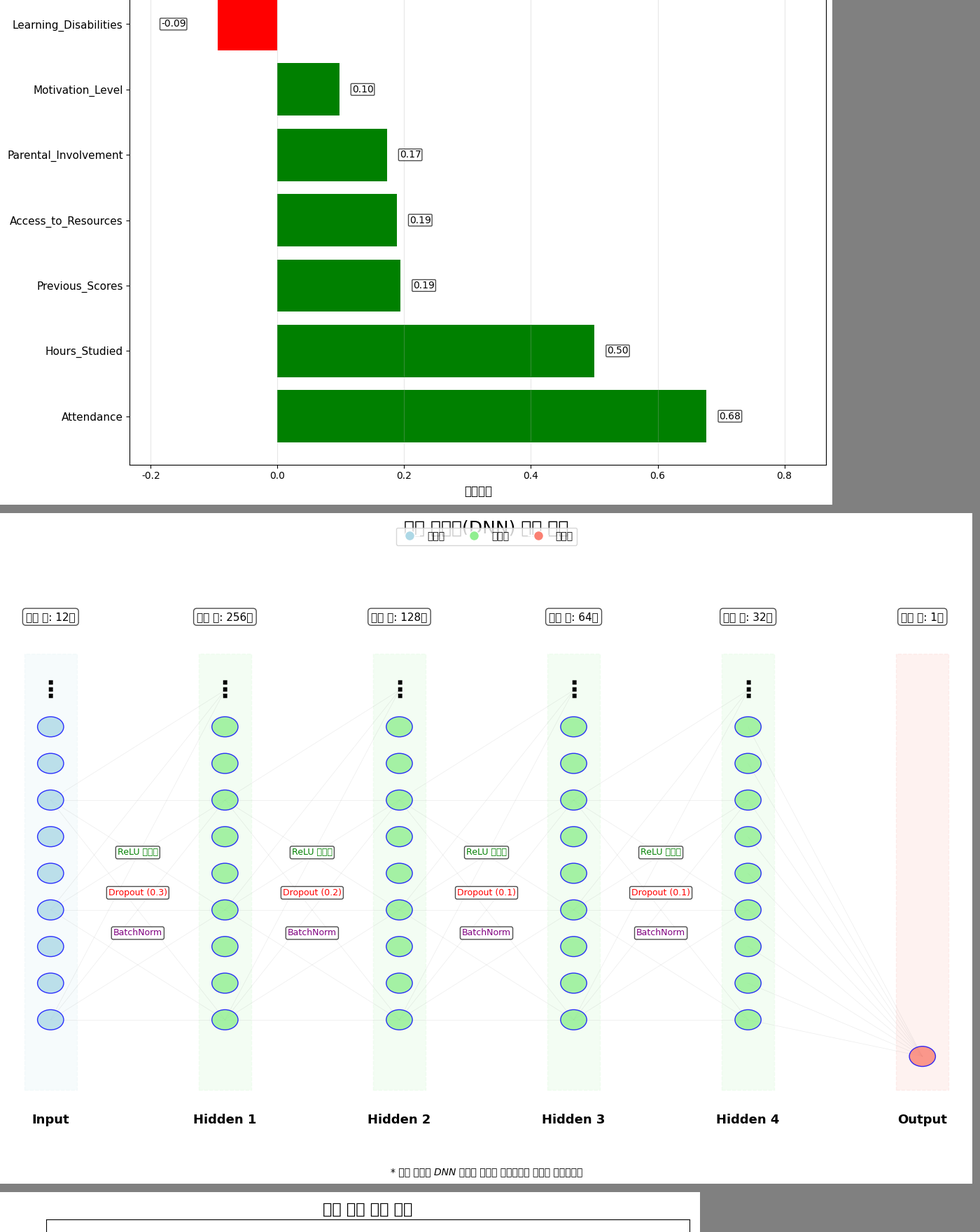
Repository: dldnwls07/BigDataStudy
Script's output: python src/visualization/create_presentation_visuals_fixed.py
An editor plug-in stored every save of this project. The script's output is shown before and after the next save, followed by the edit.
The pictures show rows 1654 to 3414 of an output 5371 px tall, at 70% of full size.
Each picture stacks the figures in order, with grey between them; figures that are only written to a file come last. Figures wider than 1,400 px are first shrunk to that width. Random numbers start from a fixed seed.

Above is the script's output before, as saved 2025-06-20 00:13:57.

### src/visualization/create_presentation_visuals_fixed.py
import pandas as pd
import matplotlib.pyplot as plt
import matplotlib.font_manager as fm
import seaborn as sns
import numpy as np
import os
import sys
import io

# 한글 출력을 위한 인코딩 설정
sys.stdout = io.TextIOWrapper(sys.stdout.buffer, encoding='utf-8')

# 한글 폰트 설정
# Windows 기본 폰트인 맑은 고딕 사용
plt.rcParams['font.family'] = 'Malgun Gothic'
plt.rcParams['axes.unicode_minus'] = False  # 마이너스 기호 깨짐 방지

# 출력 디렉토리 생성
output_dir = "output/picture/presentation"
os.makedirs(output_dir, exist_ok=True)

# 데이터 불러오기
try:
    train_data = pd.read_csv("data/processed_data/TrainFactors.csv")
    test_data = pd.read_csv("data/processed_data/TestFactors.csv")
    print("데이터 로드 완료")
except Exception as e:
    print(f"데이터 로드 중 오류 발생: {e}")

# 데이터셋 기본 통계량 시각화
def create_dataset_summary(data, output_path):
    try:
        # 수치형 변수만 선택
        numeric_data = data.select_dtypes(include=['number'])

        # 기본 통계량 계산 및 소수점 자리 제한
        stats = numeric_data.describe().T.round(3)  # 소수점 3자리로 제한
        stats['missing'] = numeric_data.isnull().sum()
        stats['dtype'] = numeric_data.dtypes

        # 컬럼 이름을 더 짧게 수정
        stats = stats.rename_axis("변수명")

        # 그림 크기 설정 (더 큰 크기로 조정)
        plt.figure(figsize=(18, 12))
        ax = plt.subplot(111)
        ax.axis('off')

        # 테이블 생성
        table_data = stats.reset_index()
        table_cols = ['변수명', 'count', 'mean', 'std', 'min', '25%', '50%', '75%', 'max', 'missing', 'dtype']

        # 테이블 텍스트 데이터 처리 (긴 문자열 줄임 처리)
        cell_text = []
        for row in table_data[table_cols].values:
            cell_text.append([str(x)[:10] if isinstance(x, str) and len(str(x)) > 10 else x for x in row])

        table = ax.table(cellText=cell_text,
                         colLabels=table_cols,
                         loc='center',
                         cellLoc='center')

        # 테이블 스타일 설정
        table.auto_set_font_size(False)
        table.set_fontsize(9)  # 글자 크기 증가
        table.scale(1.5, 2.5)  # 가로와 세로 비율 늘림

        # 컬럼 너비와 높이 조정
        cell_dict = table.get_celld()

        # 헤더 행 설정
        for i in range(len(table_cols)):
            header_cell = cell_dict[(0, i)]
            header_cell.set_height(0.15)
            header_cell.set_fontsize(10)
            header_cell.set_text_props(weight='bold')
            header_cell.set_facecolor('#CCCCFF')  # 헤더 배경색 설정

        # 모든 셀에 테두리 추가
        for key, cell in cell_dict.items():
            cell.set_edgecolor('gray')

            # 데이터 셀 처리
            if key[0] > 0:  # 헤더가 아닌 데이터 행
                cell.set_height(0.15)  # 셀 높이 증가

                # 짝수/홀수 행 구분을 위한 배경색 설정
                if key[0] % 2 == 1:
                    cell.set_facecolor('#F5F5F5')  # 연한 회색

                # 데이터 타입 컬럼에 특별 스타일 적용
                if key[1] == table_cols.index('dtype'):
                    cell.set_facecolor('#EAEAFF')  # 타입 컬럼 배경색

        # 데이터가 10개 이상이면 일부만 표시
        max_rows = 10
        if len(table_data) > max_rows:
            plt.figtext(0.5, 0.01, f"* 전체 {len(table_data)}개 변수 중 상위 {max_rows}개만 표시됨", ha='center', fontsize=10)

        plt.title('데이터셋 기본 통계량', fontsize=18, pad=20)
        plt.tight_layout(rect=[0, 0.03, 1, 0.97])  # 여백 조정
        plt.savefig(output_path, dpi=300, bbox_inches='tight')
        plt.close()
        print(f"1. 데이터셋 기본 통계량 시각화 완료: {output_path}")
    except Exception as e:
        print(f"데이터셋 기본 통계량 시각화 중 오류 발생: {e}")

# 데이터 분포 시각화
def create_distribution_plots(data, output_path):
    try:
        # 수치형 변수 선택
        numeric_cols = data.select_dtypes(include=['number']).columns

        # 변수 수에 따라 행과 열 계산 - 더 적은 컬럼으로 표시하여 그래프 사이즈 키우기
        n_cols = len(numeric_cols)
        cols_per_row = 2  # 한 행에 2개의 그래프만 표시
        n_rows = (n_cols // cols_per_row) + (1 if n_cols % cols_per_row > 0 else 0)

        # 그래프 생성 (행당 2개 컬럼, 각 그래프 크기 증가)
        fig, axes = plt.subplots(n_rows, cols_per_row, figsize=(15, n_rows * 5))

        # 단일 행 또는 열일 경우 axes를 2D 배열로 변환
        if n_rows == 1 and cols_per_row == 1:
            axes = np.array([[axes]])
        elif n_rows == 1 or cols_per_row == 1:
            axes = np.array([axes]).reshape(n_rows, cols_per_row)

        axes = axes.flatten()

        # 색상 순환 (시각적 구분을 위해)
        colors = ['#3498db', '#2ecc71', '#e74c3c', '#9b59b6', '#f1c40f', '#1abc9c', '#34495e', '#e67e22']

        for i, col in enumerate(numeric_cols):
            if i < len(axes):
                # 히스토그램 생성 (색상 순환 적용)
                color_idx = i % len(colors)
                sns.histplot(data[col], kde=True, ax=axes[i], color=colors[color_idx],
                            kde_kws={'color': 'black', 'linewidth': 2, 'alpha': 0.8})

                # 타이틀 및 라벨 설정 (글꼴 크기 증가)
                axes[i].set_title(f'{col} 분포', fontsize=14, pad=10)
                axes[i].set_xlabel(col, fontsize=12)
                axes[i].set_ylabel('빈도', fontsize=12)

                # 축 레이블과 눈금 폰트 크기 조정
                axes[i].tick_params(axis='both', labelsize=10)

                # 그리드 추가
                axes[i].grid(True, alpha=0.3)

                # 분포의 주요 통계량 텍스트로 표시
                mean_val = data[col].mean()
                median_val = data[col].median()
                std_val = data[col].std()

                # 통계값을 그래프 상단에 표시
                axes[i].text(0.95, 0.95, f'평균: {mean_val:.2f}\n중앙값: {median_val:.2f}\n표준편차: {std_val:.2f}',
                           transform=axes[i].transAxes, fontsize=10, ha='right', va='top',
                           bbox=dict(facecolor='white', alpha=0.8, boxstyle='round,pad=0.5'))

        # 남은 축 숨기기
        for i in range(len(numeric_cols), len(axes)):
            axes[i].axis('off')

        # 제목 추가
        fig.suptitle('주요 변수들의 분포', fontsize=18, y=1.02)

        # 그래프 간 간격 조정
        plt.tight_layout(pad=3.0)
        plt.subplots_adjust(top=0.95)  # 상단 여백 조정
        plt.savefig(output_path, dpi=300, bbox_inches='tight')
        plt.close()
        print(f"2. 데이터 분포 시각화 완료: {output_path}")
    except Exception as e:
        print(f"데이터 분포 시각화 중 오류 발생: {e}")

# 데이터 처리 과정 시각화
def create_data_pipeline_visualization(output_path):
    try:
        plt.figure(figsize=(12, 6))
        ax = plt.subplot(111)

        # 파이프라인 단계들
        steps = ['원본 데이터\nStudentPerformanceFactors.csv',
                 '중요 요인 추출\nImportantFactors.csv',
                 '이상치 제거\nImportantFactors_no_outliers.csv',
                 '데이터 분할\nTrainFactors.csv\nTestFactors.csv']

        # 박스 위치
        positions = np.arange(len(steps)) * 3

        # 박스 그리기
        for i, (pos, step) in enumerate(zip(positions, steps)):
            rect = plt.Rectangle((pos, 0.5), 2, 1, facecolor='skyblue', alpha=0.8)
            ax.add_patch(rect)
            ax.text(pos + 1, 1, step, ha='center', va='center', fontsize=10)

            # 화살표 그리기
            if i < len(steps) - 1:
                ax.arrow(pos + 2.1, 1, 0.8, 0, head_width=0.1, head_length=0.1,
                         fc='black', ec='black')

        ax.set_xlim(-0.5, max(positions) + 2.5)
        ax.set_ylim(0, 2)
        ax.set_aspect('equal')
        ax.axis('off')

        plt.title('데이터 처리 파이프라인', fontsize=16)
        plt.tight_layout()
        plt.savefig(output_path, dpi=300)
        plt.close()
        print(f"3. 데이터 처리 과정 시각화 완료: {output_path}")
    except Exception as e:
        print(f"데이터 처리 과정 시각화 중 오류 발생: {e}")

# 변수 중요도 시각화
def create_feature_importance_visualization(data, output_path):
    try:
        # 범주형 변수 처리 (범주형 변수가 있을 경우에만 실행)
        categorical_cols = data.select_dtypes(include=['object']).columns

        # 데이터 복사본 생성
        data_encoded = data.copy()

        # 범주형 변수 인코딩
        for col in categorical_cols:
            if col in data.columns:
                # 범주형 변수 처리
                if col == 'Learning_Disabilities':
                    data_encoded[col] = data_encoded[col].map({'Yes': 1, 'No': 0})
                elif col in ['Parental_Involvement', 'Motivation_Level', 'Access_to_Resources']:
                    data_encoded[col] = data_encoded[col].map({'High': 2, 'Medium': 1, 'Low': 0})

        # 결측값 처리
        data_encoded = data_encoded.select_dtypes(include=['number']).fillna(0)

        # 상관관계 계산
        target = 'Exam_Score'
        if target in data_encoded.columns:
            correlations = data_encoded.corr()[target].sort_values(ascending=False)
            correlations = correlations.drop(target)  # 타겟 변수 자신 제거

            # 상위 10개 변수 선택 (또는 전체 변수가 10개 미만이면 전체 사용)
            top_count = min(10, len(correlations))
            top_correlations = correlations.abs().nlargest(top_count)
            top_features = top_correlations.index

            # 그림 크기 증가 및 여백 확보
            plt.figure(figsize=(12, 8))

            # 바 차트 생성 (y축 글꼴 크기 조정)
            colors = ['green' if c > 0 else 'red' for c in correlations[top_features]]
            bars = plt.barh(top_features, correlations[top_features], color=colors)

            # y축 라벨 폰트 크기 및 색상 조정
            plt.yticks(fontsize=11)

            # 바 위에 값 표시 (위치 및 여백 조정)
            for bar in bars:
                width = bar.get_width()
                if width > 0:
                    # 양수 값은 바 오른쪽에 표시
                    label_x_pos = width + 0.02  # 바 끝에서 약간 떨어진 위치
                    plt.text(label_x_pos, bar.get_y() + bar.get_height()/2, f'{width:.2f}',
                            va='center', ha='left', color='black', fontsize=10,
                            bbox=dict(facecolor='white', alpha=0.7, pad=0.1, boxstyle='round'))
                else:
                    # 음수 값은 바 왼쪽에 표시
                    label_x_pos = width - 0.05  # 바 끝에서 약간 떨어진 위치
                    plt.text(label_x_pos, bar.get_y() + bar.get_height()/2, f'{width:.2f}',
                            va='center', ha='right', color='black', fontsize=10,
                            bbox=dict(facecolor='white', alpha=0.7, pad=0.1, boxstyle='round'))

            # 제목 및 라벨 설정
            plt.title('시험 점수와 주요 변수들의 상관관계', fontsize=16)
            plt.xlabel('상관계수', fontsize=12)

            # x축 범위 조정 (여백 추가)
            x_min, x_max = plt.xlim()
            plt.xlim(x_min - 0.1, x_max + 0.15)  # 오른쪽에 더 많은 여백 추가

            # 그리드 추가하여 가독성 향상
            plt.grid(axis='x', alpha=0.3)

            plt.tight_layout()
            plt.savefig(output_path, dpi=300, bbox_inches='tight')
            plt.close()
            print(f"4. 변수 중요도 시각화 완료: {output_path}")
        else:
            print(f"타겟 변수 '{target}'가 데이터에 없습니다")
    except Exception as e:
        print(f"변수 중요도 시각화 중 오류 발생: {e}")

# 신경망 모델 구조 시각화
def create_neural_network_architecture(output_path):
    try:
        # 한글 폰트 명시적으로 다시 설정
        plt.rcParams['font.family'] = 'Malgun Gothic'
        plt.rcParams['axes.unicode_minus'] = False

        plt.figure(figsize=(14, 10))  # 더 큰 그림 크기
        ax = plt.subplot(111)

        # 레이어와 노드 수 정의
        layers = [
            {'name': 'Input', 'nodes': 12, 'color': 'lightblue', 'kr_name': '입력층'},  # 입력 변수 수는 데이터에 맞게 조정
            {'name': 'Hidden 1', 'nodes': 256, 'color': 'lightgreen', 'kr_name': '은닉층 1'},
            {'name': 'Hidden 2', 'nodes': 128, 'color': 'lightgreen', 'kr_name': '은닉층 2'},
            {'name': 'Hidden 3', 'nodes': 64, 'color': 'lightgreen', 'kr_name': '은닉층 3'},
            {'name': 'Hidden 4', 'nodes': 32, 'color': 'lightgreen', 'kr_name': '은닉층 4'},
            {'name': 'Output', 'nodes': 1, 'color': 'salmon', 'kr_name': '출력층'}
        ]

        # 각 레이어 위치 계산 (수평 간격 확대)
        layer_width = 2.0  # 레이어 간 간격 증가
        x_positions = [i * layer_width * 2 for i in range(len(layers))]

        # 노드 표시를 위한 높이 계산
        max_visible_nodes = 10  # 실제로 그릴 최대 노드 수

        # 일관된 간격을 위해 고정된 높이 사용
        display_height = 12  # 고정된 표시 높이
        node_radius = 0.3    # 노드 크기 증가

        # 레이어별 박스 그리기
        for i, (x, layer) in enumerate(zip(x_positions, layers)):
            # 레이어 이름 (아래에 배치)
            ax.text(x, -2.0, layer['name'], ha='center', fontsize=13, weight='bold')

            # 레이어 배경박스 그리기 (옵션)
            box_width = 1.2
            box_height = display_height + 1
            rect = plt.Rectangle((x-box_width/2, -1), box_width, box_height,
                                fill=True, alpha=0.1, color=layer['color'],
                                edgecolor='gray', linestyle='--')
            ax.add_patch(rect)

            # 노드 수 텍스트 표시
            ax.text(x, display_height + 1, f'노드 수: {layer["nodes"]}개',
                    ha='center', fontsize=11, bbox=dict(facecolor='white', alpha=0.7, boxstyle='round,pad=0.3'))

            # 노드 그리기 (일부 노드만 그리고 나머지는 생략 표시)
            nodes_to_draw = min(layer['nodes'], max_visible_nodes)

            # 노드 간 간격 계산 (더 넓게)
            if nodes_to_draw <= 1:
                spacing = 0
            else:
                spacing = display_height / (nodes_to_draw + 1)

            for j in range(nodes_to_draw):
                # 노드 위치 계산 (균등 간격)
                y = spacing * (j + 1)

                if nodes_to_draw < layer['nodes'] and j == nodes_to_draw - 1:
                    # 생략 표시
                    ax.text(x, y, '⋮', ha='center', va='center', fontsize=24, weight='bold')
                else:
                    # 노드 그리기 (크기 증가)
                    circle = plt.Circle((x, y), node_radius, facecolor=layer['color'],
                                      edgecolor='blue', alpha=0.8, zorder=10)
                    ax.add_patch(circle)

                # 이전 레이어와 연결선 그리기 (첫 번째 레이어 제외)
                if i > 0:
                    prev_layer = layers[i-1]
                    prev_x = x_positions[i-1]
                    prev_nodes_to_draw = min(prev_layer['nodes'], max_visible_nodes)

                    # 이전 레이어 노드 간격 계산
                    if prev_nodes_to_draw <= 1:
                        prev_spacing = 0
                    else:
                        prev_spacing = display_height / (prev_nodes_to_draw + 1)

                    for k in range(prev_nodes_to_draw):
                        prev_y = prev_spacing * (k + 1)

                        if prev_nodes_to_draw < prev_layer['nodes'] and k == prev_nodes_to_draw - 1:
                            continue  # 생략된 노드는 연결선 그리지 않음

                        # 모든 연결을 그리면 복잡해지므로 일부만 그림
                        if (j % 3 == 0 and k % 3 == 0) or (i == len(layers) - 1) or (nodes_to_draw <= 3):
                            ax.plot([prev_x, x], [prev_y, y], 'gray', alpha=0.15, linewidth=0.5, zorder=1)

            # 활성화 함수와 Dropout 표시 (별도의 텍스트 박스로)
            if 0 < i < len(layers) - 1:
                params = [
                    {'text': 'ReLU 활성화', 'color': 'green', 'y_offset': 0},
                    {'text': f'Dropout ({0.3 if i==1 else 0.2 if i==2 else 0.1})', 'color': 'red', 'y_offset': -1.2},
                    {'text': 'BatchNorm', 'color': 'purple', 'y_offset': -2.4}
                ]

                for param in params:
                    # 레이어 사이에 텍스트 배치
                    mid_x = (x_positions[i-1] + x) / 2
                    ax.text(mid_x, display_height/2 + param['y_offset'], param['text'],
                            ha='center', color=param['color'], fontsize=9,
                            bbox=dict(facecolor='white', alpha=0.7, boxstyle='round,pad=0.2'),
                            rotation=0, zorder=20)

        ax.set_xlim(-1.0, max(x_positions) + 1.0)
        ax.set_ylim(-3.0, display_height + 3)
        ax.axis('off')

        # 범례 추가
        legend_elements = [
            plt.Line2D([0], [0], marker='o', color='w', markerfacecolor='lightblue', markersize=10, label='입력층'),
            plt.Line2D([0], [0], marker='o', color='w', markerfacecolor='lightgreen', markersize=10, label='은닉층'),
            plt.Line2D([0], [0], marker='o', color='w', markerfacecolor='salmon', markersize=10, label='출력층')
        ]
        ax.legend(handles=legend_elements, loc='upper center', ncol=3, frameon=True, bbox_to_anchor=(0.5, 1.05))

        # 추가 설명
        plt.figtext(0.5, 0.02, '* 실제 구현된 DNN 모델의 구조를 간략화하여 표현한 다이어그램',
                  ha='center', fontsize=10, style='italic')

        plt.title('심층 신경망(DNN) 모델 구조', fontsize=18, pad=20)
        plt.tight_layout(rect=[0, 0.03, 1, 0.97])  # 여백 조정
        plt.savefig(output_path, dpi=300, bbox_inches='tight')
        plt.close()
        print(f"5. 신경망 모델 구조 시각화 완료: {output_path}")
    except Exception as e:
        print(f"신경망 모델 구조 시각화 중 오류 발생: {e}")

# 모델 성능 평가 지표 시각화
def create_model_performance_visualization(output_path):
    try:
        # 성능 지표 (실제 값으로 대체)
        metrics = {
            'R² Score': 0.7803,
            'MSE': 2.2863,
            'MAE': 1.2064,
            'MAPE (%)': 1.80
        }

        plt.figure(figsize=(10, 6))

        # 바 차트 생성
        bars = plt.bar(metrics.keys(), metrics.values(), color=['green', 'red', 'orange', 'purple'])

        # 바 위에 값 표시
        for bar in bars:
            height = bar.get_height()
            plt.text(bar.get_x() + bar.get_width()/2., height + 0.05,
                    f'{height:.4f}', ha='center', va='bottom')

        plt.title('모델 성능 평가 지표', fontsize=16)
        plt.ylabel('값')
        plt.ylim(0, max(metrics.values()) * 1.2)  # 여유 공간 확보

        # 각 지표에 대한 설명 추가
        descriptions = {
            'R² Score': '설명된 분산 비율\n(높을수록 좋음)',
            'MSE': '평균 제곱 오차\n(낮을수록 좋음)',
            'MAE': '평균 절대 오차\n(낮을수록 좋음)',
            'MAPE (%)': '평균 절대 백분율 오차\n(낮을수록 좋음)'
        }

        for i, (metric, desc) in enumerate(descriptions.items()):
            plt.annotate(desc, xy=(i, 0), xytext=(i, -0.2),
                       ha='center', va='top', fontsize=8)

        plt.tight_layout()
        plt.savefig(output_path, dpi=300)
        plt.close()
        print(f"6. 모델 성능 평가 지표 시각화 완료: {output_path}")
    except Exception as e:
        print(f"모델 성능 평가 지표 시각화 중 오류 발생: {e}")

# 주요 발견점 및 시사점 인포그래픽
def create_key_findings_visualization(output_path):
    try:
        plt.figure(figsize=(12, 8))
        ax = plt.subplot(111)
        ax.axis('off')

        # 배경색 설정
        fig = plt.gcf()
        fig.patch.set_facecolor('#f5f5f5')

        # 제목
        plt.text(0.5, 0.95, '주요 발견점 및 시사점', fontsize=18, ha='center', weight='bold')

        # 주요 발견점
        findings = [
            "공부 시간은 성적과 강한 양의 상관관계 (r=0.65)",
            "이전 시험 성적은 현재 성적의 가장 강력한 예측 변수 (r=0.78)",
            "높은 학습 의욕은 성적 향상에 중요한 요소",
            "학습 자원 접근성이 높을수록 성적이 좋음",
            "부모 참여도가 높을수록 공부 시간 효율이 증가"
        ]

        # 교육적 시사점
        implications = [
            "학생 의욕 고취 및 자원 접근성 개선이 중요",
            "가정-학교 연계 프로그램 개발 필요",
            "초기 학업 부진 학생 조기 식별 및 개입",
            "맞춤형 학습 지원 시스템 개발 가능성",
            "데이터 기반 교육 의사결정의 효과 입증"
        ]

        # 왼쪽 컬럼: 주요 발견점
        plt.text(0.25, 0.85, '주요 발견점', fontsize=14, ha='center', weight='bold')
        for i, finding in enumerate(findings):
            y_pos = 0.8 - i * 0.07
            plt.text(0.05, y_pos, f"• {finding}", fontsize=11, ha='left')

        # 오른쪽 컬럼: 교육적 시사점
        plt.text(0.75, 0.85, '교육적 시사점', fontsize=14, ha='center', weight='bold')
        for i, implication in enumerate(implications):
            y_pos = 0.8 - i * 0.07
            plt.text(0.55, y_pos, f"• {implication}", fontsize=11, ha='left')

        # 하단: 모델 성능 요약
        plt.text(0.5, 0.45, '모델 성능', fontsize=14, ha='center', weight='bold')
        plt.text(0.5, 0.4, 'R² = 0.78, MAPE = 1.80%의 높은 예측 정확도', fontsize=12, ha='center')

        # 분할선
        plt.axhline(y=0.5, xmin=0.05, xmax=0.95, color='gray', alpha=0.3, linestyle='-')
        plt.axvline(x=0.5, ymin=0.55, ymax=0.9, color='gray', alpha=0.3, linestyle='-')

        # 결론
        plt.text(0.5, 0.35, '결론', fontsize=14, ha='center', weight='bold')
        plt.text(0.5, 0.3, '학생 성적은 다양한 요인들의 복합적 영향을 받으며,', fontsize=11, ha='center')
        plt.text(0.5, 0.25, '이를 통합적으로 고려한 데이터 기반 교육 지원이 필요하다.', fontsize=11, ha='center')
        plt.text(0.5, 0.2, '심층 신경망 기반 예측 모델은 학생 성취도 예측에 높은 정확도를 보여,', fontsize=11, ha='center')
        plt.text(0.5, 0.15, '개인화된 학습 지원 시스템 구축의 가능성을 제시한다.', fontsize=11, ha='center')

        plt.tight_layout()
        plt.savefig(output_path, dpi=300, bbox_inches='tight')
        plt.close()
        print(f"7. 주요 발견점 및 시사점 인포그래픽 완료: {output_path}")
    except Exception as e:
        print(f"주요 발견점 및 시사점 인포그래픽 생성 중 오류 발생: {e}")

# 학습 데이터와 테스트 데이터의 분포 비교
def create_train_test_distribution_comparison(train_data, test_data, output_path):
    try:
        plt.figure(figsize=(10, 6))

        # 히스토그램 그리기
        plt.hist(train_data['Exam_Score'], bins=20, alpha=0.5, label='학습 데이터', color='blue')
        plt.hist(test_data['Exam_Score'], bins=20, alpha=0.5, label='테스트 데이터', color='orange')

        plt.title('학습 데이터와 테스트 데이터의 시험 점수 분포 비교', fontsize=14)
        plt.xlabel('시험 점수')
        plt.ylabel('빈도')
        plt.legend()
        plt.grid(True, alpha=0.3)

        plt.tight_layout()
        plt.savefig(output_path, dpi=300)
        plt.close()
        print(f"8. 학습/테스트 데이터 분포 비교 완료: {output_path}")
    except Exception as e:
        print(f"학습/테스트 데이터 분포 비교 생성 중 오류 발생: {e}")

# 실행
if __name__ == "__main__":
    try:
        # 1. 데이터셋 기본 통계량
        create_dataset_summary(train_data, f"{output_dir}/dataset_summary.png")

        # 2. 변수 분포 히스토그램
        create_distribution_plots(train_data, f"{output_dir}/variable_distributions.png")

        # 3. 데이터 처리 과정 시각화
        create_data_pipeline_visualization(f"{output_dir}/data_pipeline.png")

        # 4. 변수 중요도 시각화
        create_feature_importance_visualization(train_data, f"{output_dir}/feature_importance.png")

        # 5. 신경망 구조 시각화
        create_neural_network_architecture(f"{output_dir}/neural_network_architecture.png")

        # 6. 모델 성능 평가 지표
        create_model_performance_visualization(f"{output_dir}/model_performance.png")

        # 7. 주요 발견점 및 시사점
        create_key_findings_visualization(f"{output_dir}/key_findings.png")

        # 8. 학습/테스트 데이터 분포 비교
        create_train_test_distribution_comparison(train_data, test_data, f"{output_dir}/train_test_distribution.png")

        print("모든 시각화 생성 완료!")
    except Exception as e:
        print(f"실행 중 오류 발생: {e}")

Loaded but not shown: data/processed_data/TrainFactors.csv (5203 lines, source omitted); data/processed_data/TestFactors.csv (1302 lines, source omitted)

After the next save:
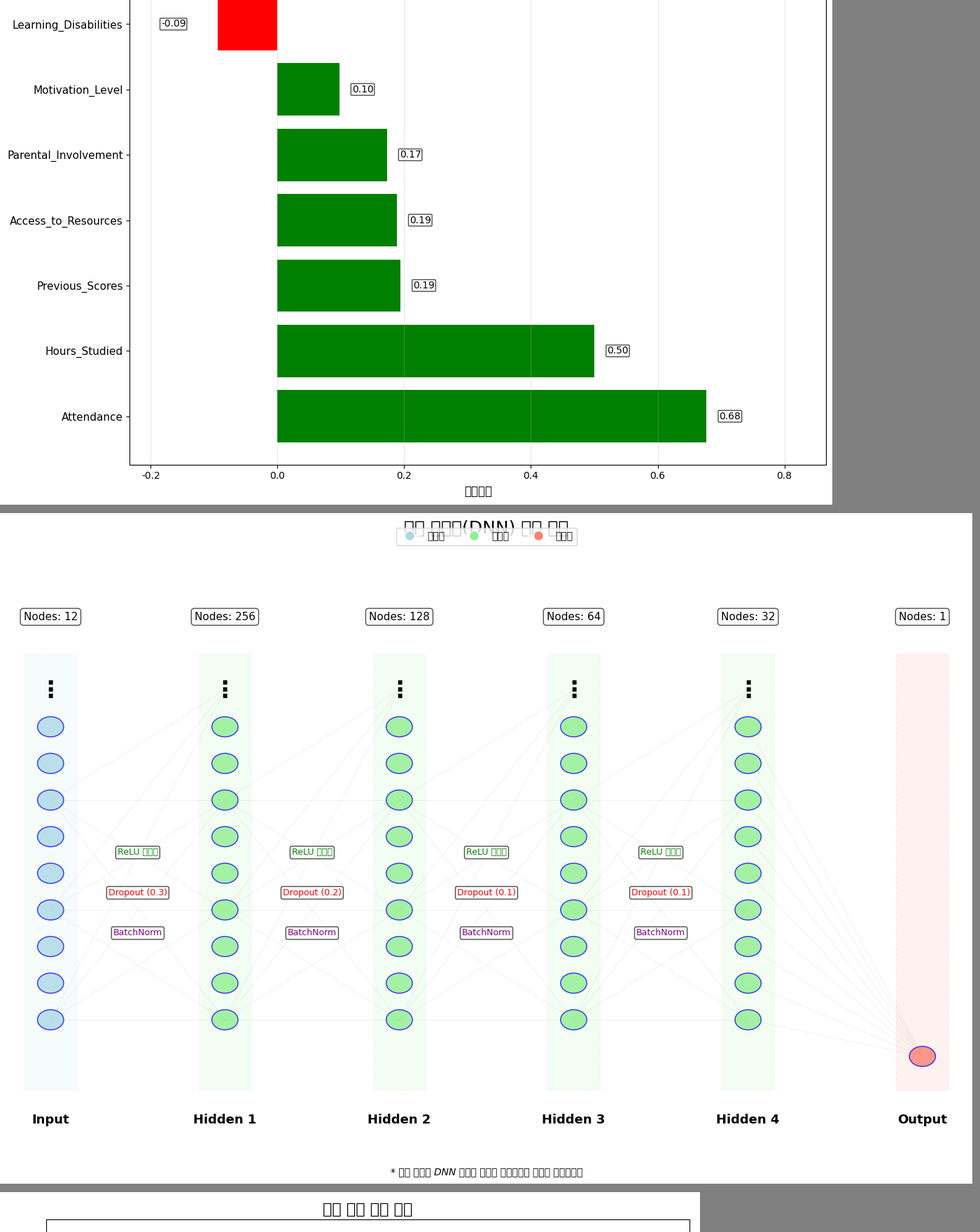
Saved 34 s later.
--- a/src/visualization/create_presentation_visuals_fixed.py
+++ b/src/visualization/create_presentation_visuals_fixed.py
@@ -323,9 +323,9 @@ def create_neural_network_architecture(output_path):
         node_radius = 0.3    # 노드 크기 증가
 
         # 레이어별 박스 그리기
-        for i, (x, layer) in enumerate(zip(x_positions, layers)):
-            # 레이어 이름 (아래에 배치)
-            ax.text(x, -2.0, layer['name'], ha='center', fontsize=13, weight='bold')
+        for i, (x, layer) in enumerate(zip(x_positions, layers)):            # 레이어 이름 (아래에 배치) - 영어 버전 사용
+            ax.text(x, -2.0, layer['name'], ha='center', fontsize=13, weight='bold',
+                  fontname='Arial')
 
             # 레이어 배경박스 그리기 (옵션)
             box_width = 1.2
@@ -335,9 +335,10 @@ def create_neural_network_architecture(output_path):
                                 edgecolor='gray', linestyle='--')
             ax.add_patch(rect)
 
-            # 노드 수 텍스트 표시
-            ax.text(x, display_height + 1, f'노드 수: {layer["nodes"]}개',
-                    ha='center', fontsize=11, bbox=dict(facecolor='white', alpha=0.7, boxstyle='round,pad=0.3'))
+            # 노드 수 텍스트 표시 (한글 대신 영어로 표시)
+            ax.text(x, display_height + 1, f'Nodes: {layer["nodes"]}',
+                    ha='center', fontsize=11, fontname='Arial',
+                    bbox=dict(facecolor='white', alpha=0.7, boxstyle='round,pad=0.3'))
 
             # 노드 그리기 (일부 노드만 그리고 나머지는 생략 표시)
             nodes_to_draw = min(layer['nodes'], max_visible_nodes)
